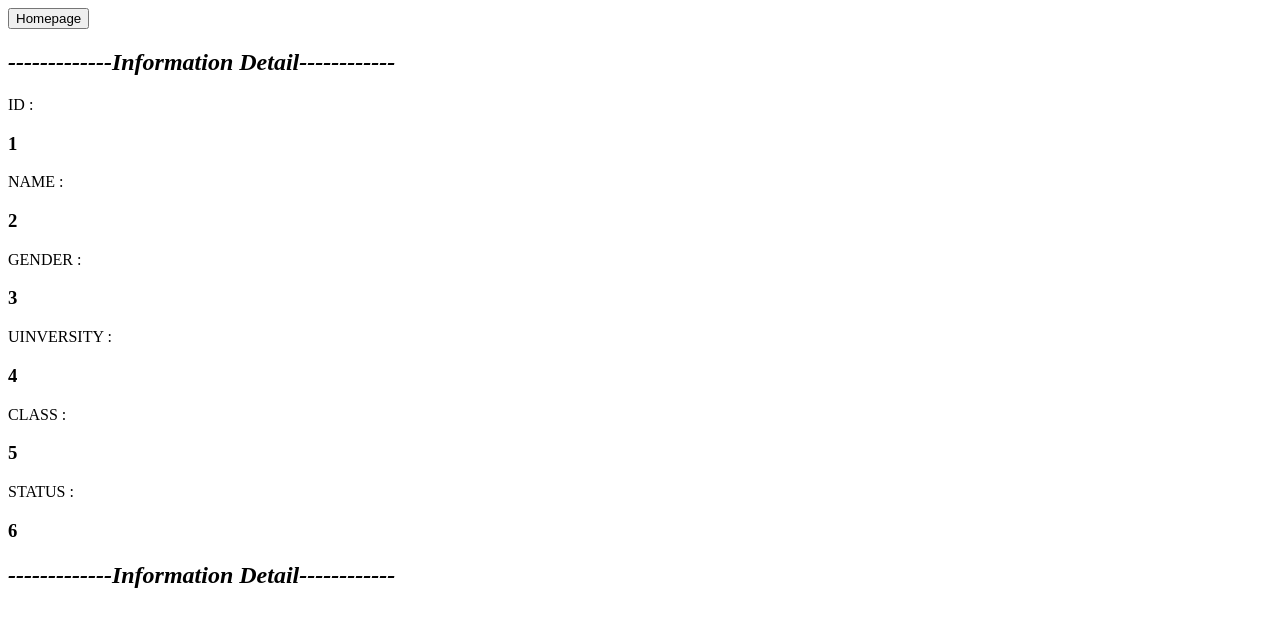
Repository: kepisal/ServletJAVA
Page: AjaxStaffandStudent/WebContent/pages/viewdetails.html
The author's editor kept a copy of each file at every save. The page is drawn from the files as they stood at one save, then again after the next save.
The browser window is 1280 px wide. The pictures show the whole page.

Above is the page before, as saved 2015-07-10 15:39:16.

After the next save:
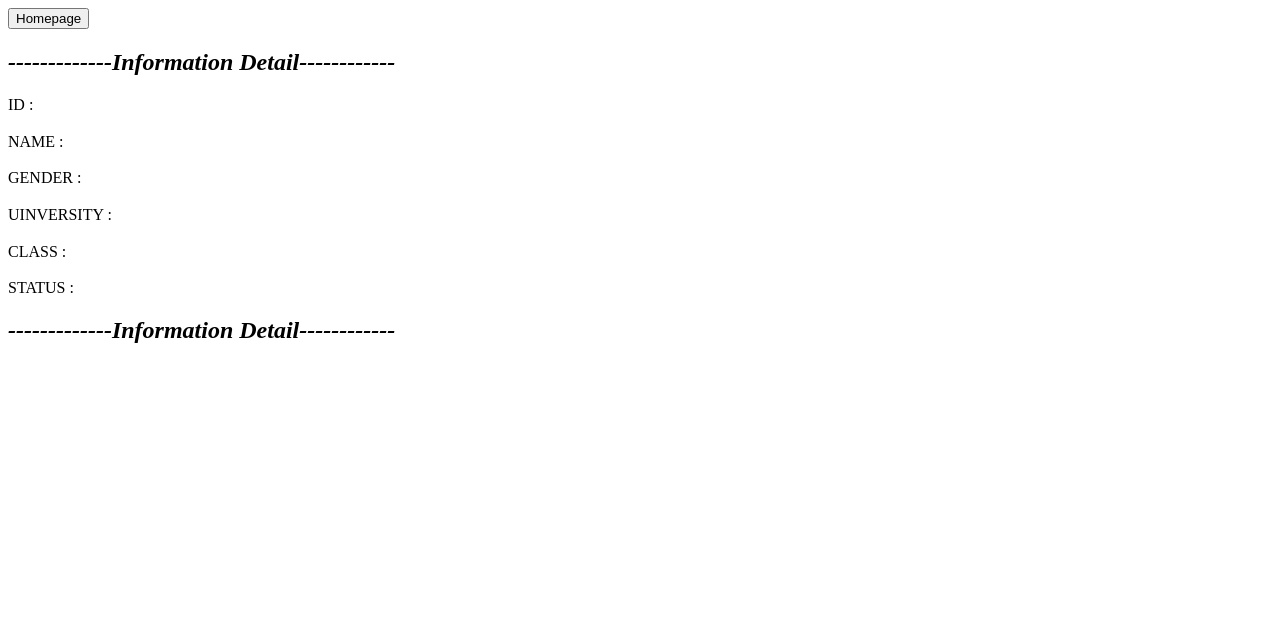
Saved 27 s later.
--- a/AjaxStaffandStudent/WebContent/pages/viewdetails.html
+++ b/AjaxStaffandStudent/WebContent/pages/viewdetails.html
@@ -10,12 +10,12 @@
 	</div>
 	<div>
 		<i><h2>-------------Information Detail------------</h2></i>
-		<label>ID         :</label><h3 id="stuid">1</h3>
-		<label>NAME       :</label><h3 id="stuname">2</h3>
-		<label>GENDER     :</label><h3 id="stugender">3</h3>
-		<label>UINVERSITY :</label><h3 id="stuuniversity">4</h3>
-		<label>CLASS      :</label><h3 id="stuclass">5</h3>
-		<label>STATUS     :</label><h3 id="stustatus">6</h3>
+		<label>ID         :</label><h3 id="stuid"></h3>
+		<label>NAME       :</label><h3 id="stuname"></h3>
+		<label>GENDER     :</label><h3 id="stugender"></h3>
+		<label>UINVERSITY :</label><h3 id="stuuniversity"></h3>
+		<label>CLASS      :</label><h3 id="stuclass"></h3>
+		<label>STATUS     :</label><h3 id="stustatus"></h3>
 		<i><h2>-------------Information Detail------------</h2></i>
 	</div>
 </body>
